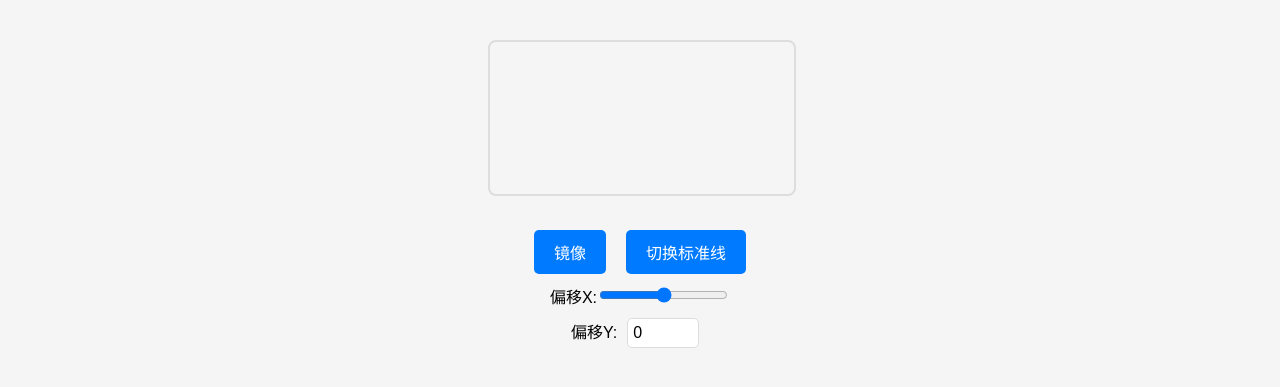
Repository: shasha333333/mirrorOnVue
Page: /
The author's editor kept a copy of each file at every save. The page is drawn from the files as they stood at one save, then again after the next save.
The browser window is 1280 px wide. The pictures show the whole page.
The page's requests for data from a server got no answer. The project was rebuilt for these pictures with package versions that can differ from the ones it lists, and the page was loaded fresh each time. No one was signed in, and anything a server would have sent is missing. Also part of the build but not shown: vue.config.js.

Above is the page before, as saved 2024-11-18 22:08:31.

After the next save:
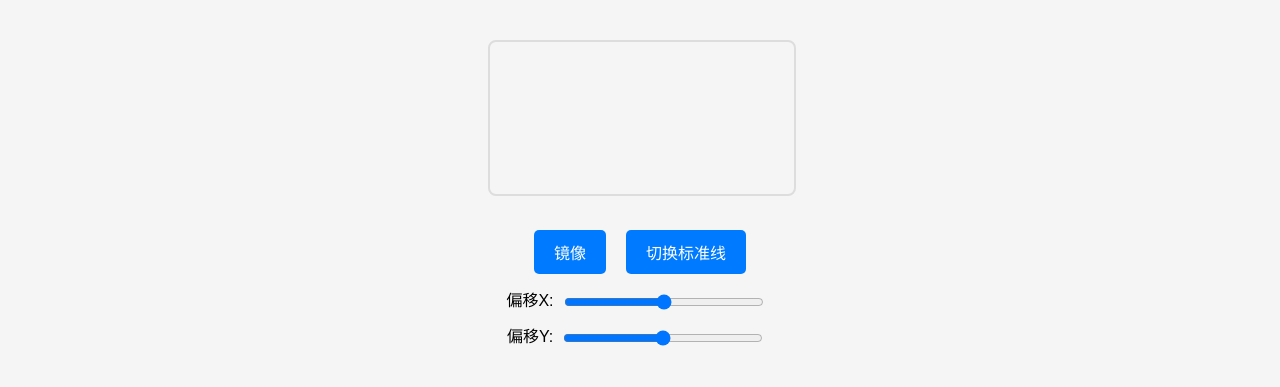
Saved 26 s later.
--- a/src/components/CameraApp.vue
+++ b/src/components/CameraApp.vue
@@ -15,7 +15,7 @@
       <button @click="toggleMirror">镜像</button>
       <button @click="toggleLines">切换标准线</button>
 
-      <!-- 偏移量调整 -->
+      <!-- 滚动条调整偏移量 -->
       <div>
         <label for="offsetX">偏移X:</label>
         <input
@@ -30,7 +30,15 @@
       </div>
       <div>
         <label for="offsetY">偏移Y:</label>
-        <input type="number" v-model="offsetY" id="offsetY" />
+        <input
+          type="range"
+          :value="offsetY"
+          @input="updateOffset('Y', $event)"
+          id="offsetY"
+          min="-200"
+          max="200"
+          step="1"
+        />
       </div>
     </div>
   </div>
@@ -66,6 +74,16 @@ export default {
     toggleLines() {
       this.showLines = !this.showLines;
       this.drawLines(); // 在切换时绘制/清除标准线
+    },
+
+    // 更新偏移量并确保为数字
+    updateOffset(axis, event) {
+      const value = parseInt(event.target.value, 10); // 将值转为数字
+      if (axis === 'X') {
+        this.offsetX = value;
+      } else if (axis === 'Y') {
+        this.offsetY = value;
+      }
     },
 
     // 绘制标准线
@@ -170,12 +188,9 @@ button:hover {
   background-color: #0056b3;
 }
 
-input[type="number"] {
+input[type="range"] {
   margin: 10px;
-  padding: 5px;
-  font-size: 16px;
-  width: 60px;
-  border-radius: 5px;
-  border: 1px solid #ddd;
+  width: 200px;
+  vertical-align: middle;
 }
 </style>
